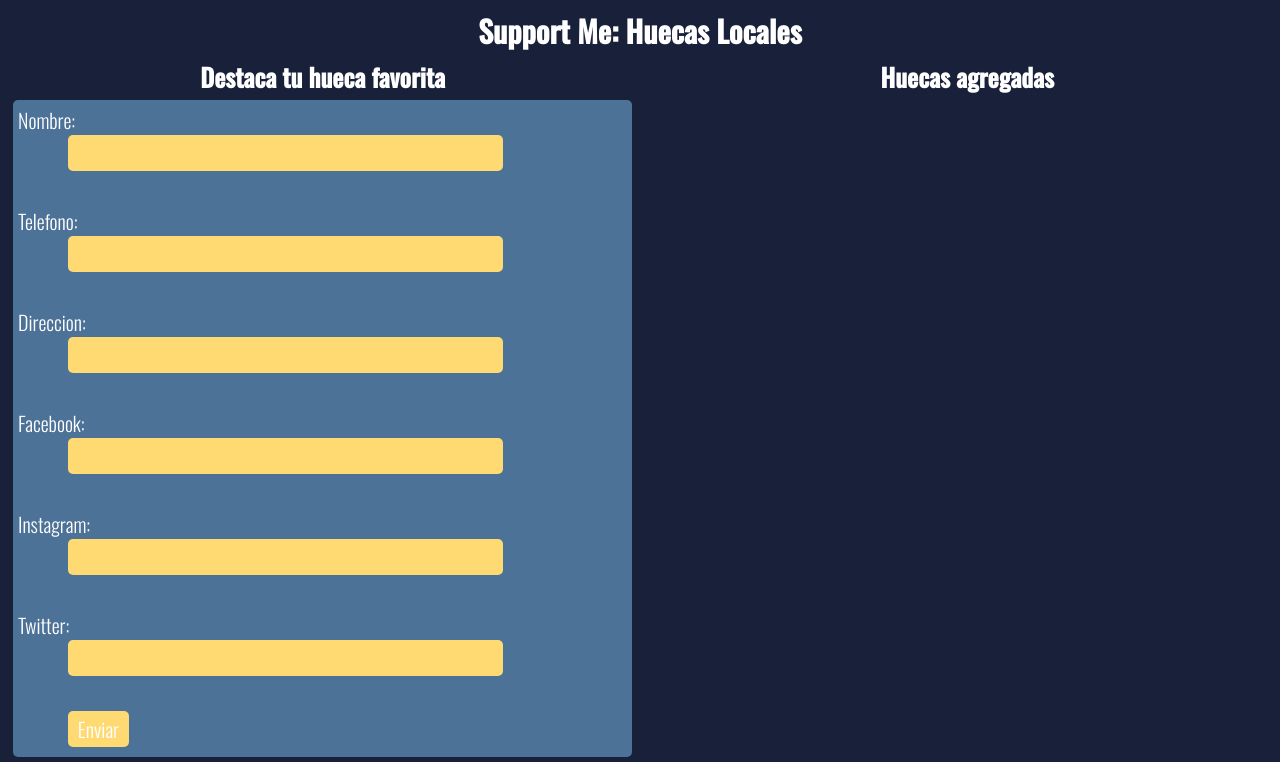
Repository: renzopachecoj/huecas-website
Page: index.html
These files come from the project's save history. The page is drawn as it stood at one moment and after the next save; the edit follows.
The browser window is 1280 px wide. The pictures show the whole page.

Above is the page before, as saved 2020-08-01 15:32:32.

After the next save:
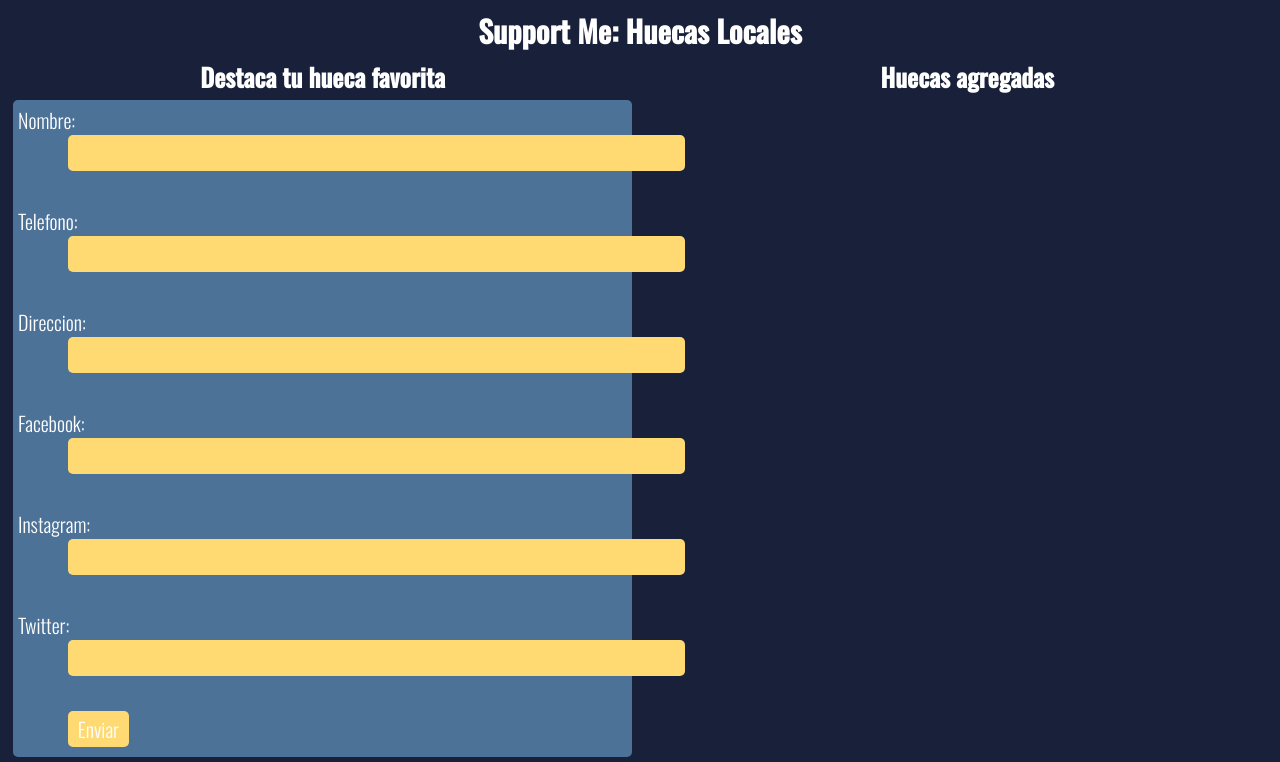
Saved 12 s later.
--- a/styles.css
+++ b/styles.css
@@ -37,7 +37,7 @@ h2{
     margin: 0px 5px 5px 5px;
 }
 input{
-    width: 70%;
+    width: 100%;
     margin: 0px 5px 5px 50px;
     border-radius: 5px;
     border-color: transparent;
